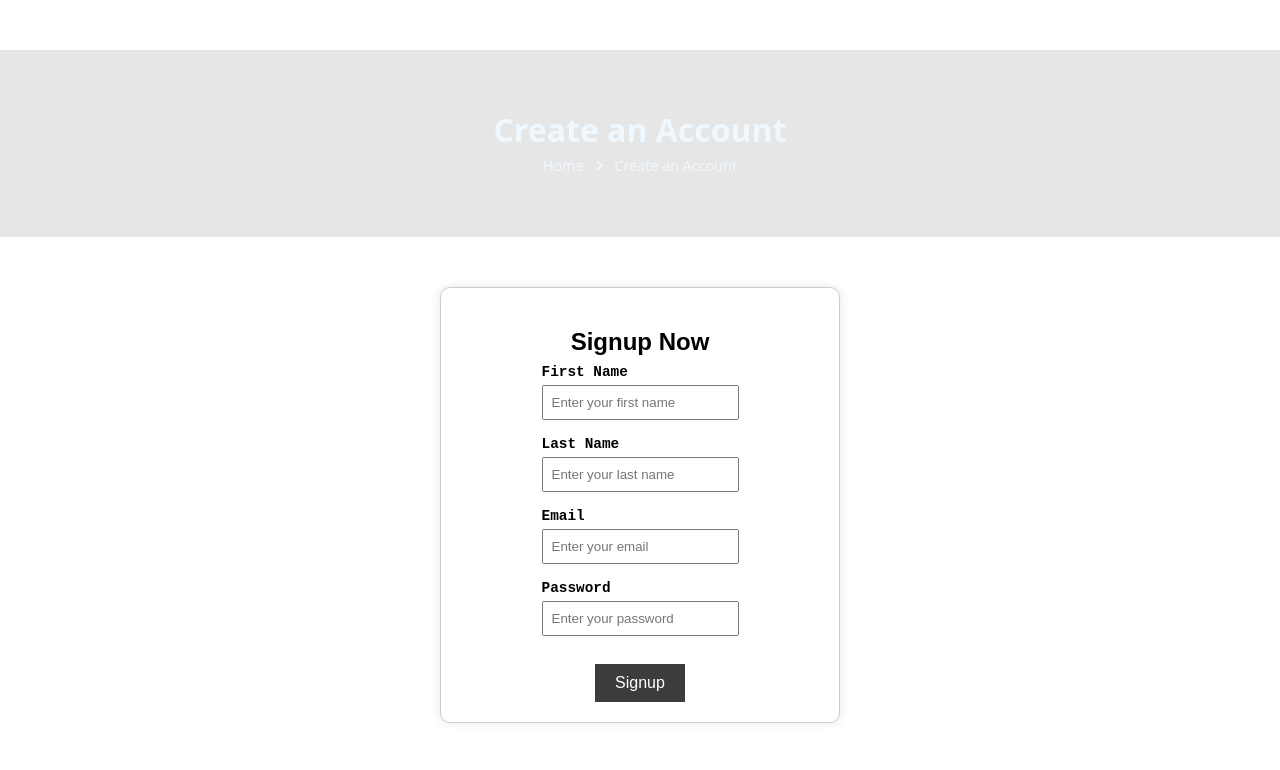
Repository: jkvekariya/Online-store-Management
Page: /auth/signup (app in frontend/client/)
An editor plug-in stored every save of this project. The page is shown before and after the next save, followed by the edit.
The browser window is 1280 px wide. The pictures show the whole page.
The project was rebuilt for these pictures with package versions that can differ from the ones it lists, and the page was loaded fresh each time. Also part of the build but not shown: frontend/client/vite.config.js, frontend/client/src/css/header.css, frontend/client/src/css/sidebar.css, frontend/client/src/components/Sidebar.jsx, frontend/client/src/context/CartContext.jsx, frontend/client/src/components/Header.jsx, frontend/client/src/css/footer.css, frontend/client/src/components/Footer.jsx and 11 more.

Above is the page before, as saved 2026-01-02 13:39:15.

After the next save:
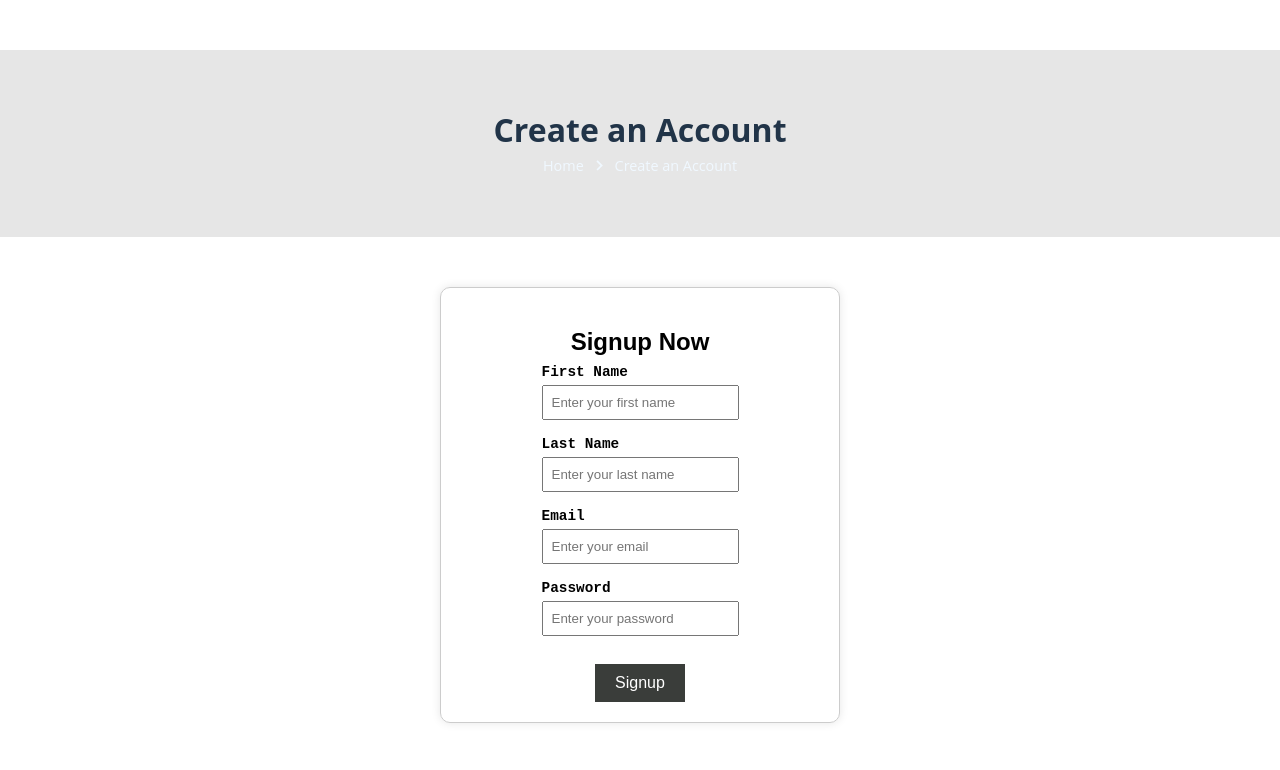
Saved 9 s later.
--- a/frontend/client/src/css/bodyheader.css
+++ b/frontend/client/src/css/bodyheader.css
@@ -35,7 +35,7 @@
 
   .b-header-bg .page-title h2 {
     font-size: 2rem;
-    color: aliceblue;
+    color: var(--header-text-color);
     font-family: "Open Sans", sans-serif;
     font-weight: 700;
     font-style: normal;
